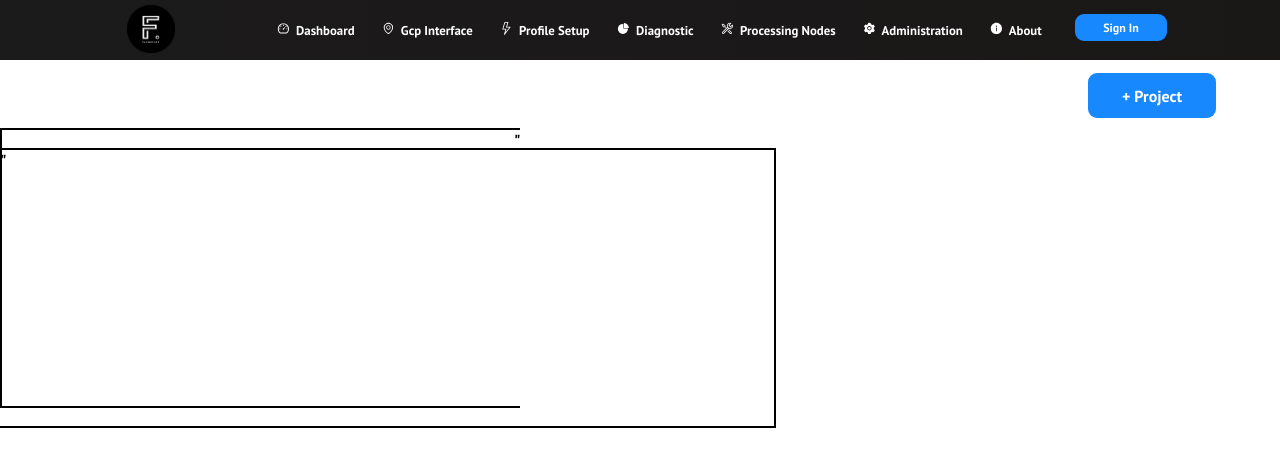
Repository: Akshaykumar1111/akki
Page: /Dashboard
These files come from the project's save history. The page is drawn as it stood at one moment and after the next save; the edit follows.
The browser window is 1280 px wide. The pictures show the whole page.
Some web libraries are served in a nearby version. The project was rebuilt for these pictures with package versions that can differ from the ones it lists, and the page was loaded fresh each time. Also part of the build but not shown: src/components/pages/Administration.css, src/components/pages/Administration.js, src/components/pages/Diagnostic.js, src/components/pages/ProfileSetup.js, src/components/pages/GcpInterface.js, src/components/pages/ProcessingNodes.js, src/components/pages/About.js, src/components/pages/Popup.css and 7 more.

Above is the page before, as saved 2022-10-20 11:08:53.

After the next save:
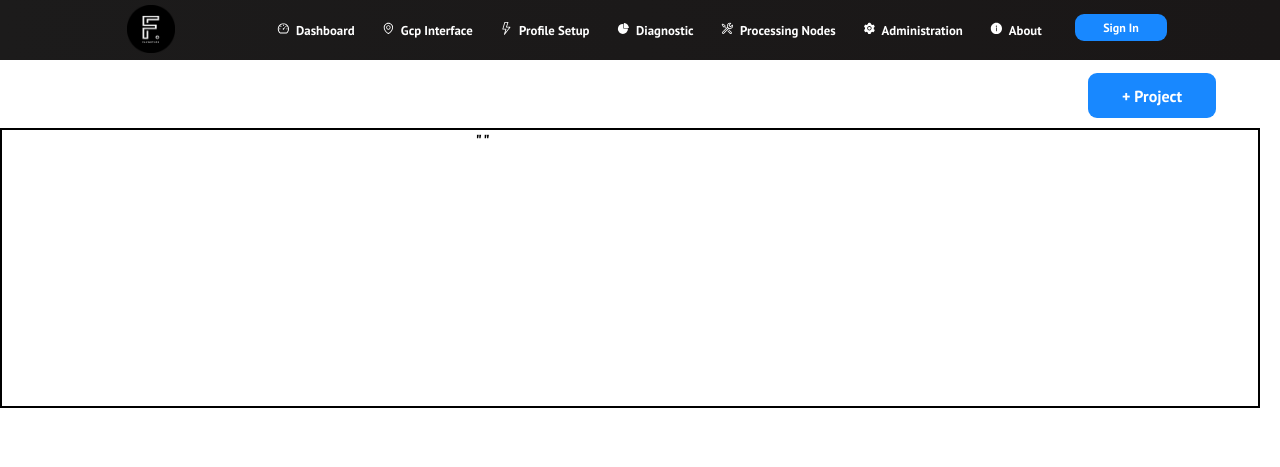
Saved 11 s later.
--- a/src/components/pages/Dashboard.css
+++ b/src/components/pages/Dashboard.css
@@ -1,5 +1,5 @@
 div11{
-    padding: 0% 60% 20% 40%;
+    padding: 0% 60% 20% 37%;
     border:2px solid black;
     background: transparent;
     }
